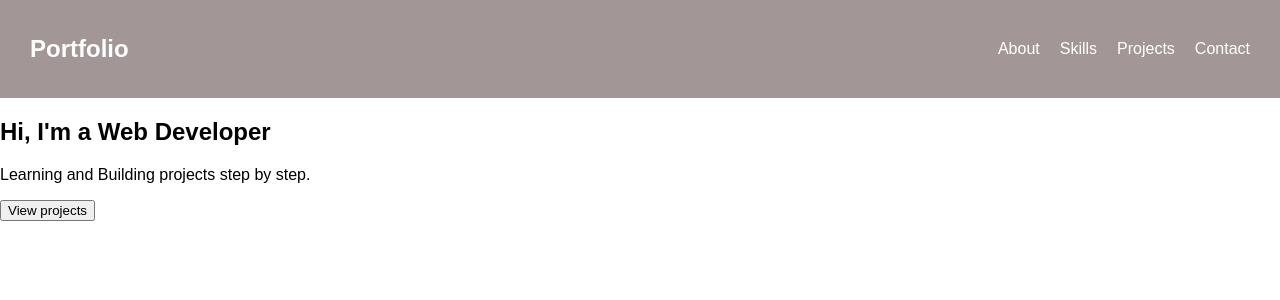
Repository: syeda-naqvi-hub/Portfolio-website
Page: python/portfolio/index.html
These files come from the project's save history. The page is drawn as it stood at one moment and after the next save; the edit follows.
The browser window is 1280 px wide. The pictures show the whole page.

Above is the page before, as saved 2026-02-07 11:16:58.

### python/portfolio/index.html
<!DOCTYPE html>
<html lang="en">
<head>
    <meta charset="UTF-8">
    <meta name="viewport" content="width=device-width, initial-scale=1.0">
    <title>Portfolio</title>
    <link rel="stylesheet" href="style.css">
</head>
<body>
    <script src="script.js"></script>
    <header>
        <nav>
            <h2 class="logo">Portfolio</h2>
            <ul>
                <li><a href="#about">About</a></li>
                <li><a href="#skills">Skills</a></li>
                <li><a href="#projects">Projects</a></li>
                <li><a href="#contact">Contact</a></li>
            </ul>
        </nav>
    </header>
    <section class=""hero">
        <h1>Hi, I'm a Web Developer </h1>
        <p>Learning and Building projects step by step.</p>
        <button>View projects</button>
    </section>
</body>
</html>

### python/portfolio/style.css
body {
    font-family: arial,sans-serif;
    margin: 0;
}
header {
    background: #a39696;
    color: white;
    padding: 15px 30px;
}
nav {
    display: flex;
    justify-content: space-between;
    align-items: center;
}
ul {
    display: flex;
    list-style: none;
    gap: 20px;
}
a {
    color: white;
    text-decoration:none

}

### python/portfolio/script.js
console.log("Portfolio loaded")

After the next save:
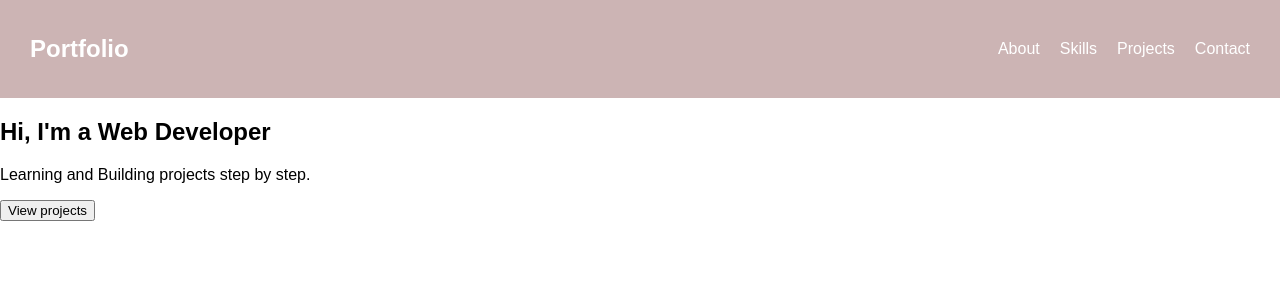
Saved 1 s later.
--- a/python/portfolio/style.css
+++ b/python/portfolio/style.css
@@ -3,7 +3,7 @@ body {
     margin: 0;
 }
 header {
-    background: #a39696;
+    background: #ccb4b4;
     color: white;
     padding: 15px 30px;
 }
@@ -20,5 +20,12 @@ ul {
 a {
     color: white;
     text-decoration:none
-
 }
+.hero {
+    height: 80vh;
+    display: flex;
+    flex-direction: column;
+    justify-content: center;
+    background: #cec6c6;
+    text-align: center;
+}
